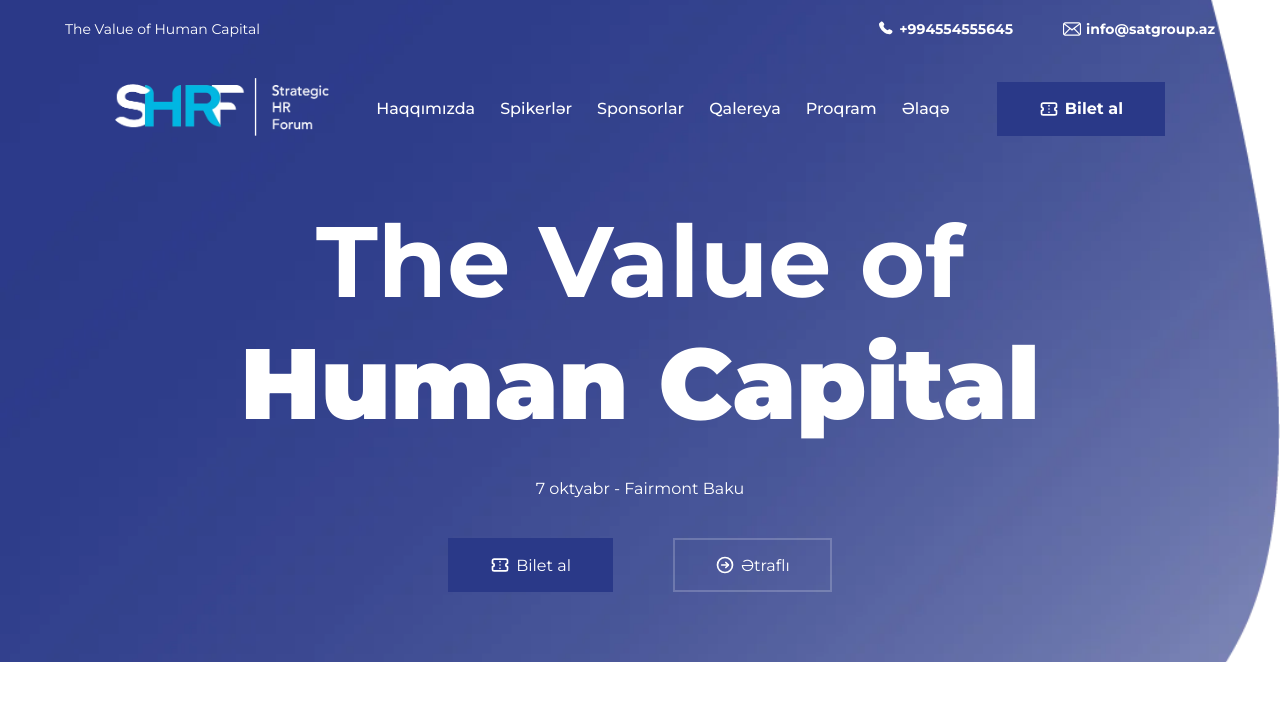
Repository: allahverdiyevabdulhasan/shrf
Page: /
These files come from the project's save history. The page is drawn as it stood at one moment and after the next save; the edit follows.
The browser window is 1280 px wide. The pictures show the whole page.
The project was rebuilt for these pictures with package versions that can differ from the ones it lists, and the page was loaded fresh each time. Also part of the build but not shown: vite.config.js, src/App.css.

Above is the page before, as saved 2024-08-16 10:49:59.

After the next save:
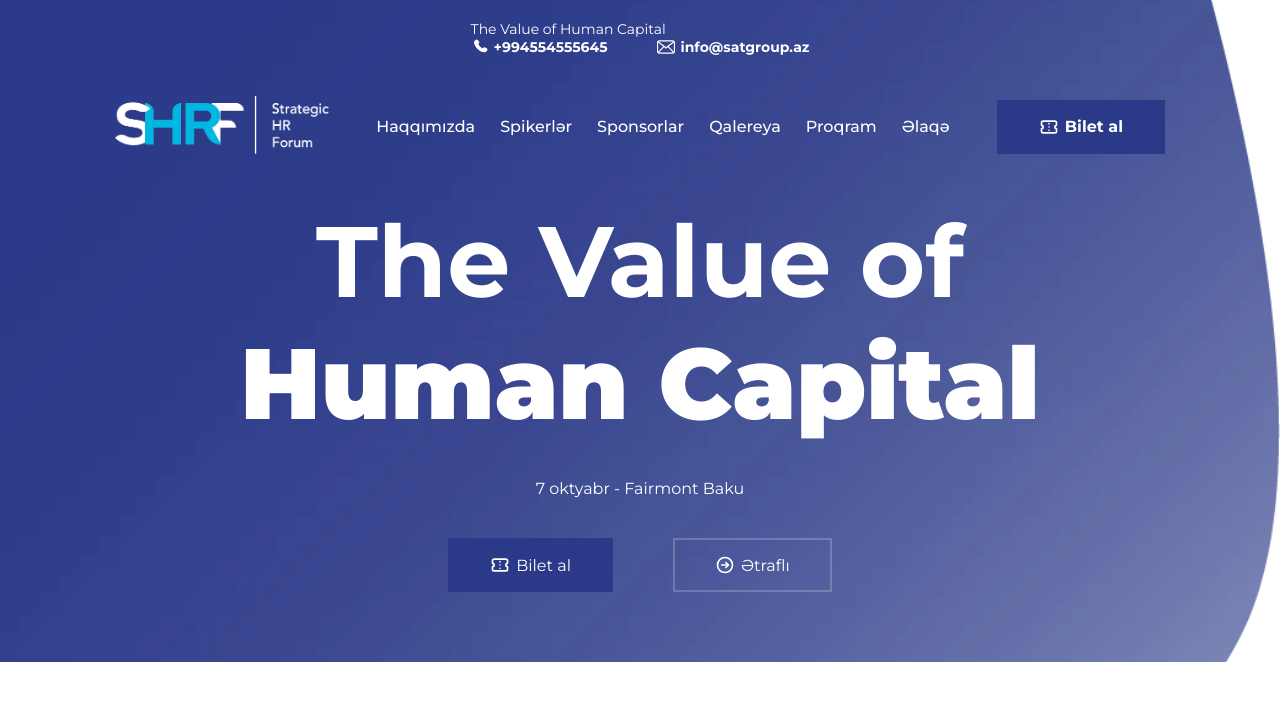
Saved 98 s later.
--- a/src/components/Header/index.jsx
+++ b/src/components/Header/index.jsx
@@ -6,9 +6,9 @@ export default function Header() {
 
     return (
         <header >
-            <div className="container">
-            <div className={s.top}>
-                <div className={s.top__left}>
+             <div className={s.top}>
+               <div className="container">
+               <div className={s.top__left}>
                     The Value of Human Capital
                 </div>
                 <div className={s.top__right}>
@@ -25,7 +25,10 @@ export default function Header() {
                             </li>
                     </ul>
                 </div>
+               </div>
             </div>
+            <div className="container">
+
             <div className={s.header__items}>
                 <div className={s.logo}>
                     <a href="/"><img src="./public/assets/img/logo.webp" alt="Logo" /></a>
